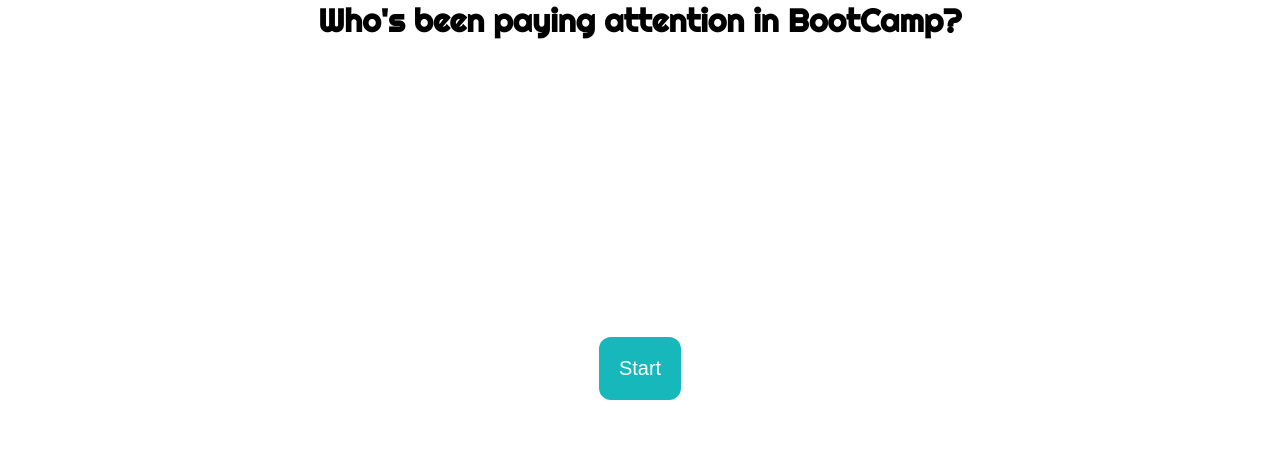
Repository: kkyler24/Quizlet
Page: Quiz.html
The author's editor kept a copy of each file at every save. The page is drawn from the files as they stood at one save, then again after the next save.
The browser window is 1280 px wide. The pictures show the whole page.
Some web libraries are served in a nearby version.

Above is the page before, as saved 2020-04-01 21:38:49.

After the next save:
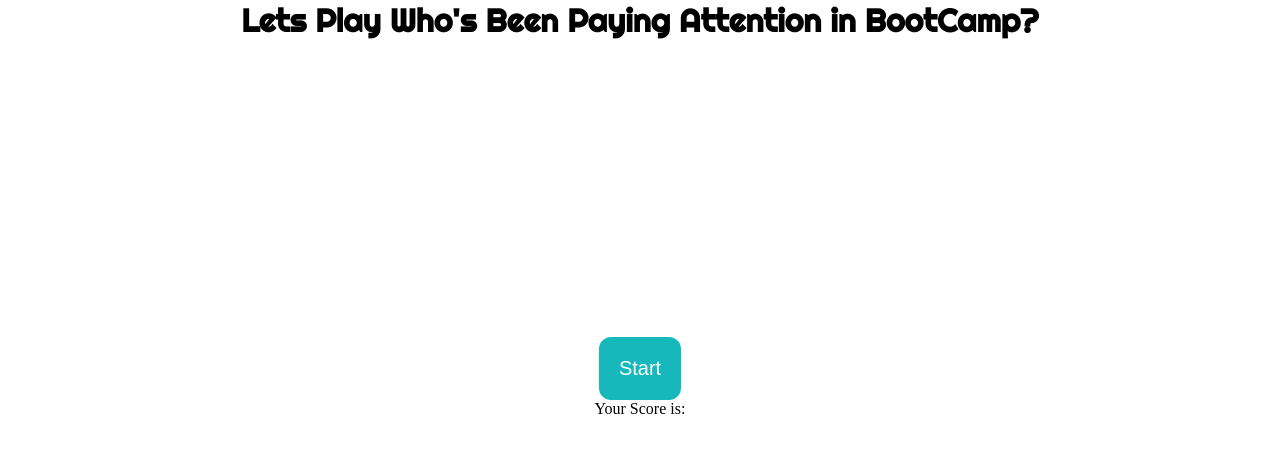
Saved 83 min 33 s later.
--- a/Quiz.html
+++ b/Quiz.html
@@ -17,14 +17,10 @@
     <link rel="stylesheet" type="text/css" href="DevOpsFiles/Style.css">
     <title>Quiz it</title>
 </head>
-
-<header>Who's been paying attention in BootCamp?</header>
-
+<header>Lets Play Who's Been Paying Attention in BootCamp?</header>
 <!-- Quiz Design -->
-
 <body>
-
-    <Div class="flex-container">
+    <div class="flex-container">
         <div id="startB">
             <input type="button" class="startButton" value="Start"/>
         </div>
@@ -44,7 +40,6 @@
                 </div>
             </div>
         </div>
-
         <div id="questionBoxTwo" class="row" style="display: none;">
             <div class="col-md-6 col-sm-3 questionDiv">
                 "Javascript is to muscles as HTML is to...?"
@@ -59,19 +54,14 @@
                     <button id="B3" type="button" class="button">"Skeleton"</button>
                 </div>
             </div>
-
-
         <div id="questionBoxThree" class="row" style="display: none;">
             <div class="col-md-6 col-sm-3 questionDiv">
                 "What does HTML stand for?"
                 <div class="row">
-
                     <div class="col-8 col-sm-6 answerC">
                         <button id="C1" type="button" class="button">"Home Tools Mark-up language" </button>
-
                         <div class="col-8 col-sm-6 answerC">
                             <button id="C2" type="button" class="button"> "Hyper-text Mark down language "</button>
-
                             <div class="col-8 col-sm-6 answerC correct">
                                 <button id="C3" type="button" class="button">"Hyper-text Mark up language
                                     "</button>
@@ -81,20 +71,16 @@
                 </div>
             </div>
         </div>
-
         <div id="questionBoxFour" class="row" style="display: none;">
             <div class="col-md-6 col-sm-3 questionDiv">
                 "What is BootStrap?"
                 <div class="row">
-
                     <div class="col-8 col-sm-6 answerD">
                         <button id="D1" type="button" class="button">"A piece of material that helps hold
                             up your boot" </button>
-
                         <div class="col-8 col-sm-6 answerD">
                             <button  id="D2"type="button" class="button">"An open source Css
                                 framework"</button>
-
                             <div class="col-8 col-sm-6 answerD">
                                 <button id="D3" type="button" class="button">"An open source Js
                                     framework"</button>
@@ -104,9 +90,15 @@
                 </div>
             </div>
         </div>
-        <p style="display: none;">Total Score<span id="total"></span></p>
-    </Div>
-   <div class="time"></div>
+    </div>
+        <div class="score">
+                Your Score is:
+            <div id="totalScore" ></div>
+        </div>
+        <div class="time">
+            <text class="timer"></text>
+        </div>
+
   <script src="https://cdnjs.cloudflare.com/ajax/libs/moment.js/2.24.0/moment.min.js"></script>
     <script src="https://code.jquery.com/jquery-3.4.1.js"></script>
     <script src="DevOpsFiles/Java.js"></script>
